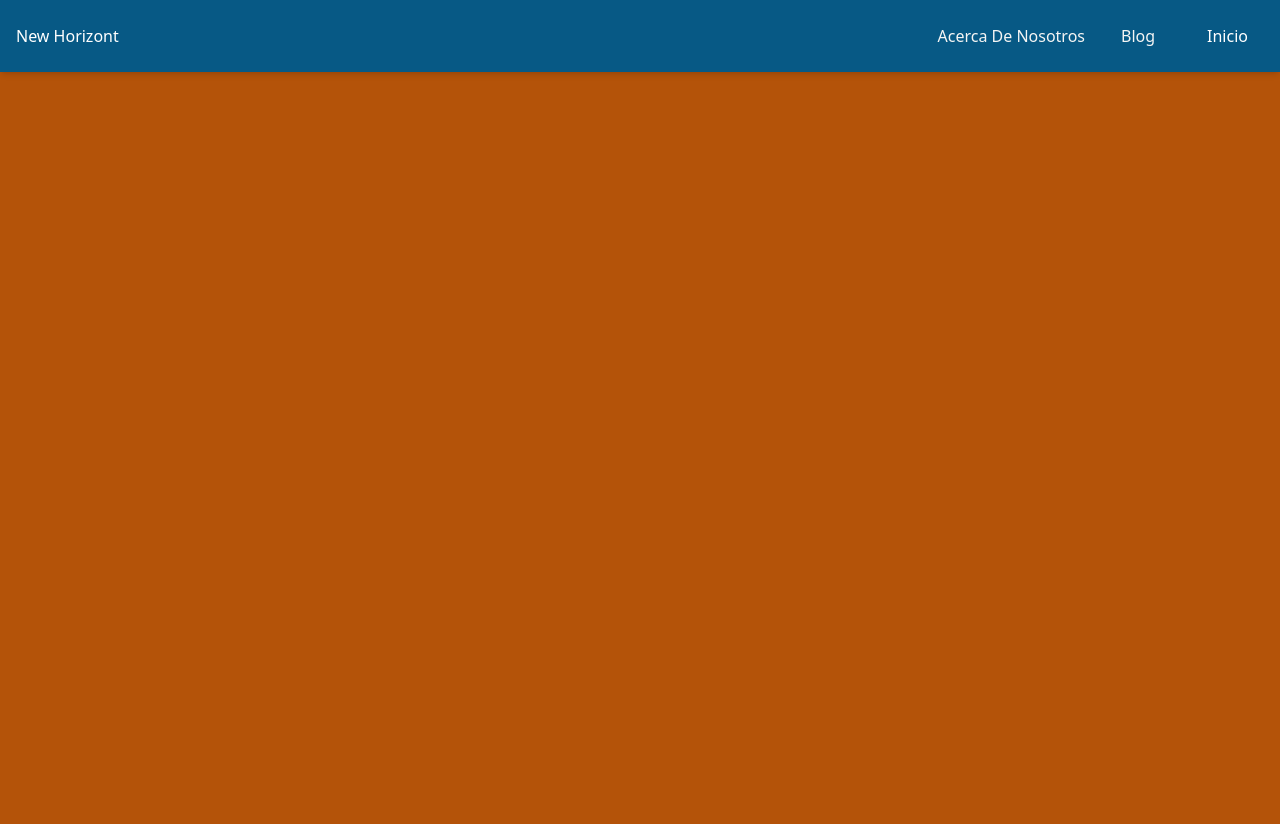
Repository: jefrydep/new-horizont-school
Page: /
The author's editor kept a copy of each file at every save. The page is drawn from the files as they stood at one save, then again after the next save.
The browser window is 1280 px wide. The pictures show the whole page.
The project was rebuilt for these pictures with package versions that can differ from the ones it lists, and the page was loaded fresh each time. The framework's server and built-in components were replaced by stand-ins that run in the browser. Also part of the build but not shown: next.config.ts.

Above is the page before, as saved 2024-11-07 20:23:10.

### src/app/layout.tsx
import type { Metadata } from "next";
import localFont from "next/font/local";
import "./globals.css";
import Navbar from "@/components/Navbar";
import { Button } from "@/components/ui/button";
import Footer from "@/components/Footer";

const geistSans = localFont({
  src: "./fonts/GeistVF.woff",
  variable: "--font-geist-sans",
  weight: "100 900",
});
const geistMono = localFont({
  src: "./fonts/GeistMonoVF.woff",
  variable: "--font-geist-mono",
  weight: "100 900",
});

export const metadata: Metadata = {
  title: "Create Next App",
  description: "Generated by create next app",
};

export default function RootLayout({
  children,
}: Readonly<{
  children: React.ReactNode;
}>) {
  return (
    <html lang="en">
      <body
        className={`   ${geistSans.variable} ${geistMono.variable} antialiased`}
      >
        <Navbar />
        {children}
        <div className=" sm:hidden bg-white border flex justify-center py-3  absolute bottom-0 right-0 left-0">
          <Button className="bg-green-500">
            <span>w</span> Contacto
          </Button>
        </div>
        {/* <div className="absolute bg-red-400 bottom-0 left-1/2 transform -translate-x-1/2 mb-4">
          <Button>Contacto</Button>
        </div> */}
        <Footer/>
      </body>
    </html>
  );
}

### src/app/(new-horizont-school)/layout.tsx
// import type { Metadata } from "next";
// import localFont from "next/font/local";

import Navbar from "@/components/Navbar";

// const geistSans = localFont({
//   src: "./fonts/GeistVF.woff",
//   variable: "--font-geist-sans",
//   weight: "100 900",
// });
// const geistMono = localFont({
//   src: "./fonts/GeistMonoVF.woff",
//   variable: "--font-geist-mono",
//   weight: "100 900",
// });

// export const metadata: Metadata = {
//   title: "Create Next App",
//   description: "Generated by create next app",
// };

export default function SchoolLayout({
  children,
}: Readonly<{
  children: React.ReactNode;
}>) {
  return (
    <html lang="en">
      <body
      // className={`${geistSans.variable} ${geistMono.variable} antialiased`}
      >
        {children}
      </body>
    </html>
  );
}

### src/app/globals.css
@tailwind base;
@tailwind components;
@tailwind utilities;

/* :root {
  --background: #ffffff;
  --foreground: #171717;
}

@media (prefers-color-scheme: dark) {
  :root {
    --background: #0a0a0a;
    --foreground: #ededed;
  }
}

body {
  color: var(--foreground);
  background: var(--background);
  font-family: Arial, Helvetica, sans-serif;
} */
@layer base {
  :root {
    --background: 0 0% 100%;
    --foreground: 20 14.3% 4.1%;
    --card: 0 0% 100%;
    --card-foreground: 20 14.3% 4.1%;
    --popover: 0 0% 100%;
    --popover-foreground: 20 14.3% 4.1%;
    --primary: 24 9.8% 10%;
    --primary-foreground: 60 9.1% 97.8%;
    --secondary: 60 4.8% 95.9%;
    --secondary-foreground: 24 9.8% 10%;
    --muted: 60 4.8% 95.9%;
    --muted-foreground: 25 5.3% 44.7%;
    --accent: 60 4.8% 95.9%;
    --accent-foreground: 24 9.8% 10%;
    --destructive: 0 84.2% 60.2%;
    --destructive-foreground: 60 9.1% 97.8%;
    --border: 20 5.9% 90%;
    --input: 20 5.9% 90%;
    --ring: 20 14.3% 4.1%;
    --chart-1: 12 76% 61%;
    --chart-2: 173 58% 39%;
    --chart-3: 197 37% 24%;
    --chart-4: 43 74% 66%;
    --chart-5: 27 87% 67%;
    --radius: 0.5rem
  }
  .dark {
    --background: 20 14.3% 4.1%;
    --foreground: 60 9.1% 97.8%;
    --card: 20 14.3% 4.1%;
    --card-foreground: 60 9.1% 97.8%;
    --popover: 20 14.3% 4.1%;
    --popover-foreground: 60 9.1% 97.8%;
    --primary: 60 9.1% 97.8%;
    --primary-foreground: 24 9.8% 10%;
    --secondary: 12 6.5% 15.1%;
    --secondary-foreground: 60 9.1% 97.8%;
    --muted: 12 6.5% 15.1%;
    --muted-foreground: 24 5.4% 63.9%;
    --accent: 12 6.5% 15.1%;
    --accent-foreground: 60 9.1% 97.8%;
    --destructive: 0 62.8% 30.6%;
    --destructive-foreground: 60 9.1% 97.8%;
    --border: 12 6.5% 15.1%;
    --input: 12 6.5% 15.1%;
    --ring: 24 5.7% 82.9%;
    --chart-1: 220 70% 50%;
    --chart-2: 160 60% 45%;
    --chart-3: 30 80% 55%;
    --chart-4: 280 65% 60%;
    --chart-5: 340 75% 55%
  }
}
@layer base {
  * {
    @apply border-border;
  }
  body {
    @apply bg-background text-foreground;
  }
}

### src/components/Navbar.tsx
"use client";
import { Menu, X } from "lucide-react";
import Link from "next/link";
import { useState } from "react";

export default function Navbar() {
  const [isOpen, setIsOpen] = useState<boolean>(false);

  return (
    <header className="bg-sky-800 shadow-md   fixed      w-full  ">
      <div className="flex justify-between items-center    m-auto container px-4 py-2">
        <div className="text-white">New Horizont</div>
        <nav className="outline-none hidden    sm:flex gap-9 items-center  list-none">
          <li className="text-secondary">
            <Link href={"/about"}>Acerca De Nosotros</Link>
          </li>
          <li className="text-secondary">
            <Link href={"/blog"}>Blog</Link>
          </li>
          <li className="text-white p-4">
            <Link href={"/"}>Inicio</Link>
          </li>
        </nav>

        {/* Icono de Menú para abrir el menú en móvil */}
        {!isOpen && (
          <div className="sm:hidden">
            <Menu onClick={() => setIsOpen(!isOpen)} color="white" size={45} />
          </div>
        )}

        {/* Menú desplegable con animación */}
        <div
          className={`${
            isOpen ? "opacity-100 visible" : "opacity-0 invisible"
          } absolute top-0 bottom-0 right-0 left-0 bg-black opacity-95 z-30 list-none transition-all ease-in-out `}
        >
          {isOpen && (
            <>
              <li className="text-white p-4">
                <Link href={"/about"}>Acerca De Nosotros</Link>
              </li>
              <li className="text-white p-4">
                <Link href={"/blog"}>Blog</Link>
              </li>
            </>
          )}
        </div>

        {/* Botón para cerrar el menú */}
        {isOpen && (
          <div className="z-40 absolute right-4 sm:hidden">
            <X onClick={() => setIsOpen(!isOpen)} color="white" size={45} />
          </div>
        )}
      </div>
    </header>
  );
}

### src/components/ui/button.tsx
import * as React from "react"
import { Slot } from "@radix-ui/react-slot"
import { cva, type VariantProps } from "class-variance-authority"

import { cn } from "@/lib/utils"

const buttonVariants = cva(
  "inline-flex items-center justify-center gap-2 whitespace-nowrap rounded-md text-sm font-medium transition-colors focus-visible:outline-none focus-visible:ring-1 focus-visible:ring-ring disabled:pointer-events-none disabled:opacity-50 [&_svg]:pointer-events-none [&_svg]:size-4 [&_svg]:shrink-0",
  {
    variants: {
      variant: {
        default:
          "bg-primary text-primary-foreground shadow hover:bg-primary/90",
        destructive:
          "bg-destructive text-destructive-foreground shadow-sm hover:bg-destructive/90",
        outline:
          "border border-input bg-background shadow-sm hover:bg-accent hover:text-accent-foreground",
        secondary:
          "bg-secondary text-secondary-foreground shadow-sm hover:bg-secondary/80",
        ghost: "hover:bg-accent hover:text-accent-foreground",
        link: "text-primary underline-offset-4 hover:underline",
      },
      size: {
        default: "h-9 px-4 py-2",
        sm: "h-8 rounded-md px-3 text-xs",
        lg: "h-10 rounded-md px-8",
        icon: "h-9 w-9",
      },
    },
    defaultVariants: {
      variant: "default",
      size: "default",
    },
  }
)

export interface ButtonProps
  extends React.ButtonHTMLAttributes<HTMLButtonElement>,
    VariantProps<typeof buttonVariants> {
  asChild?: boolean
}

const Button = React.forwardRef<HTMLButtonElement, ButtonProps>(
  ({ className, variant, size, asChild = false, ...props }, ref) => {
    const Comp = asChild ? Slot : "button"
    return (
      <Comp
        className={cn(buttonVariants({ variant, size, className }))}
        ref={ref}
        {...props}
      />
    )
  }
)
Button.displayName = "Button"

export { Button, buttonVariants }

### src/components/Footer.tsx
export default function Footer() {
  return (
    <div className="bg-amber-700 h-[800px]">
      <footer className="container m-auto">
        <div>faceboook</div>
      </footer>
    </div>
  );
}

Loaded but not shown: src/app/(new-horizont-school)/page.tsx (common file); src/lib/utils.ts (common file); tailwind.config.ts (common file)

After the next save:
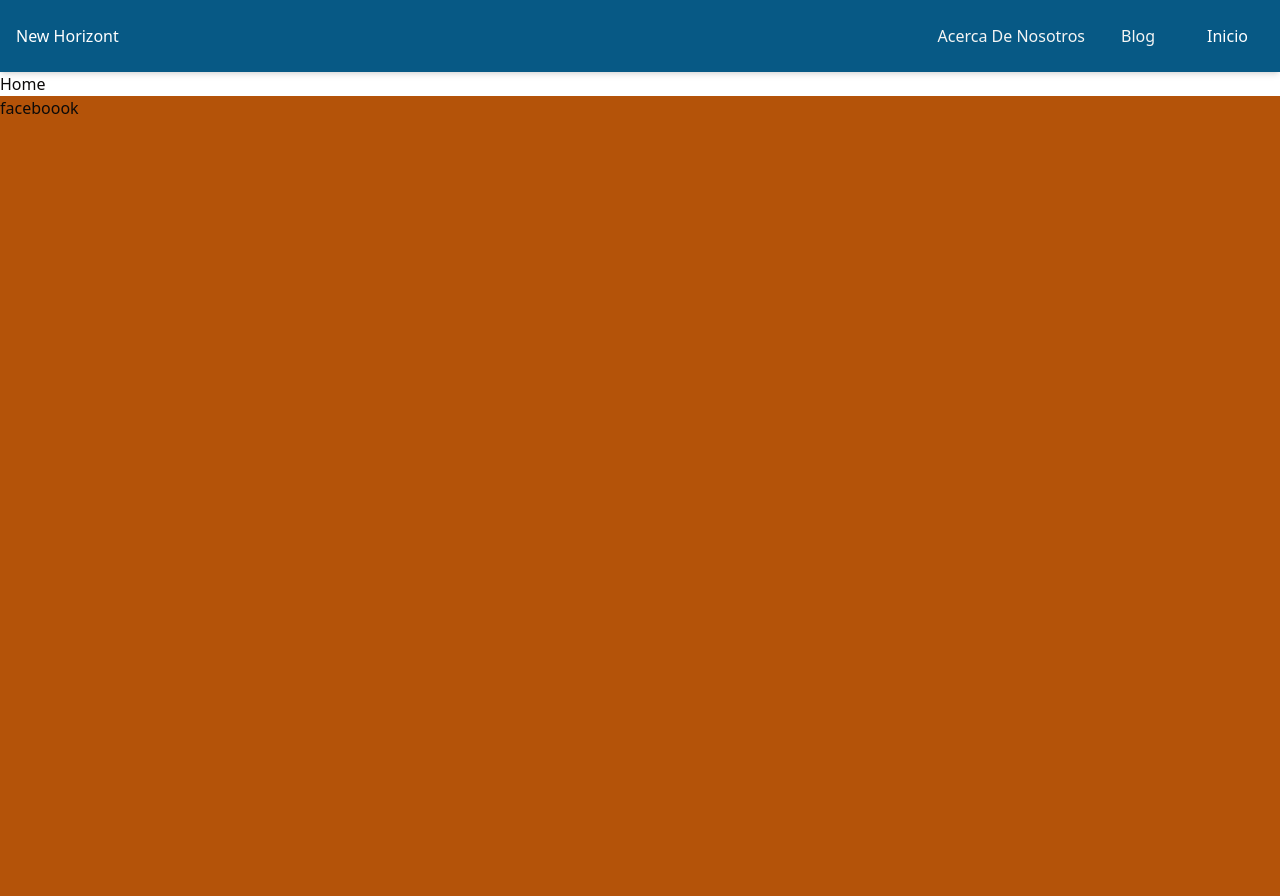
Saved 12 s later.
--- a/src/components/Navbar.tsx
+++ b/src/components/Navbar.tsx
@@ -7,7 +7,7 @@
   const [isOpen, setIsOpen] = useState<boolean>(false);
 
   return (
-    <header className="bg-sky-800 shadow-md   fixed      w-full  ">
+    <header className="bg-sky-800 shadow-md   top[100px]     w-full  ">
       <div className="flex justify-between items-center    m-auto container px-4 py-2">
         <div className="text-white">New Horizont</div>
         <nav className="outline-none hidden    sm:flex gap-9 items-center  list-none">

After the 2 saves that followed:
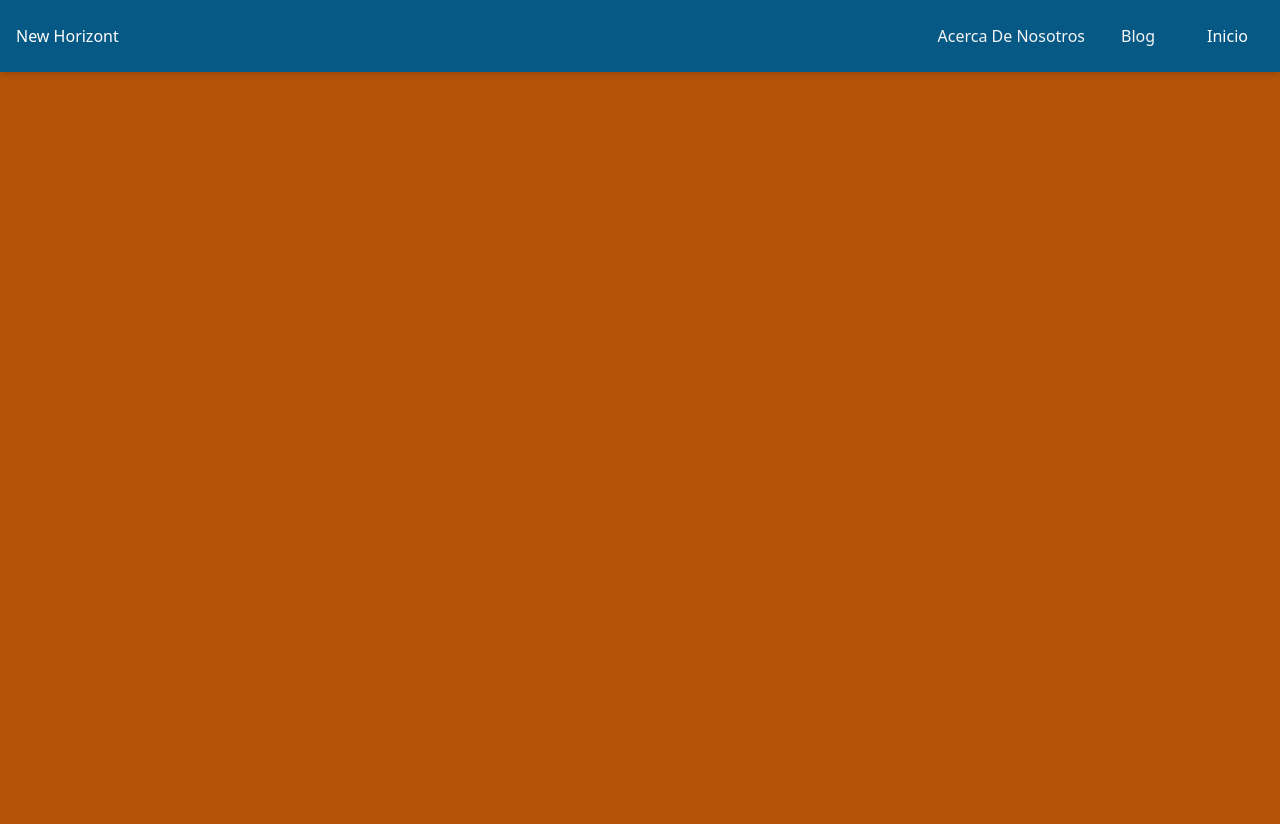
The 2 saves are shown as one change because 1 left the picture as it was.
The last was saved 11 s later.
--- a/src/components/Navbar.tsx
+++ b/src/components/Navbar.tsx
@@ -7,7 +7,7 @@
   const [isOpen, setIsOpen] = useState<boolean>(false);
 
   return (
-    <header className="bg-sky-800 shadow-md   top[100px]     w-full  ">
+    <header className="bg-sky-800 shadow-md    absolute    w-full  ">
       <div className="flex justify-between items-center    m-auto container px-4 py-2">
         <div className="text-white">New Horizont</div>
         <nav className="outline-none hidden    sm:flex gap-9 items-center  list-none">
